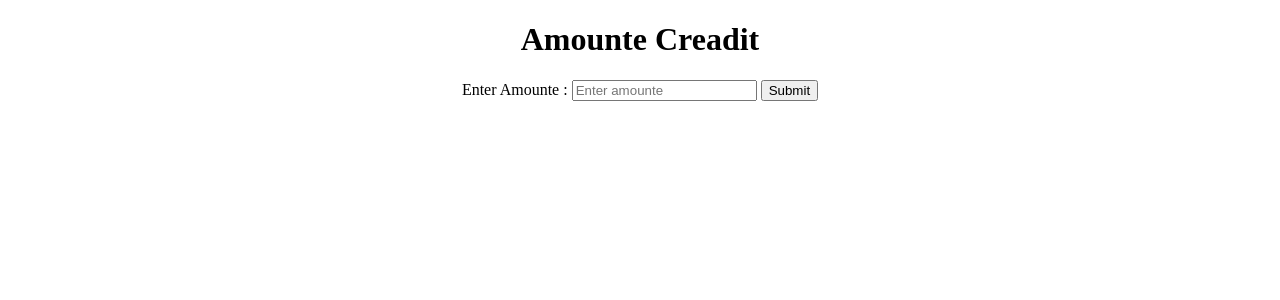
Repository: Boppesurya/advancedjav2
Page: Bank1/WebContent/Amounte.html
These files come from the project's save history. The page is drawn as it stood at one moment and after the next save; the edit follows.
The browser window is 1280 px wide. The pictures show the whole page.

Above is the page before, as saved 2023-06-07 14:32:48.

After the next save:
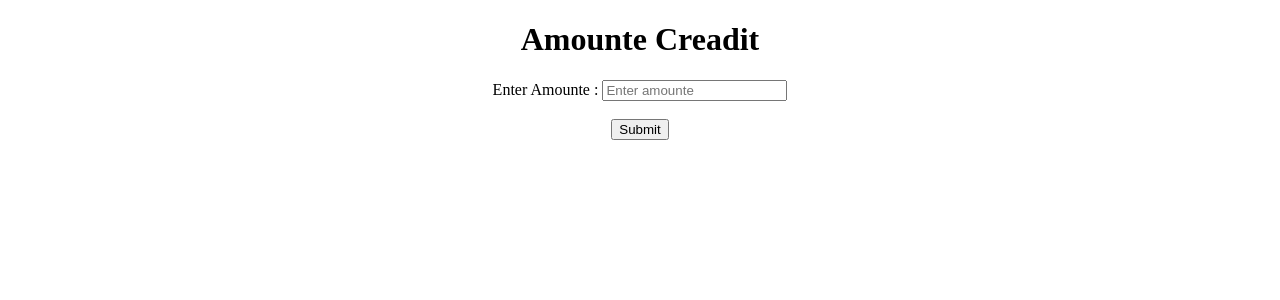
Saved 4 min 33 s later.
--- a/Bank1/WebContent/Amounte.html
+++ b/Bank1/WebContent/Amounte.html
@@ -11,7 +11,7 @@
   <label>Enter Amounte</label>
   <label>:</label>
   <input type="text" placeholder="Enter amounte" name="Amounte">
-  <br<br>
+  <br><br>
   <input type="submit">
 </form>
 </center>
